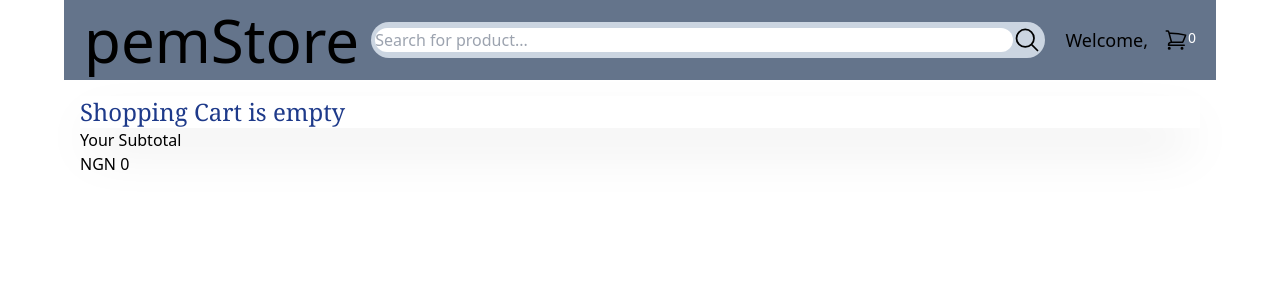
Repository: Semanmernstack/pemstore
Page: /checkout
These files come from the project's save history. The page is drawn as it stood at one moment and after the next save; the edit follows.
The browser window is 1280 px wide. The pictures show the whole page.
The page's requests for data from a server got no answer. The project was rebuilt for these pictures with package versions that can differ from the ones it lists, and the page was loaded fresh each time. The framework's server and built-in components were replaced by stand-ins that run in the browser. No one was signed in, and anything a server would have sent is missing. Also part of the build but not shown: next.config.js, components/CheckoutProduct.js.

Above is the page before, as saved 2022-11-06 04:52:22.

### pages/_app.js
import '../styles/globals.css'
import { SessionProvider } from "next-auth/react"
import { Provider } from 'react-redux'
import { store } from '../store'


function MyApp({ Component, pageProps: { session, ...pageProps }, }) {
  return (
    <SessionProvider session={session}>
      <Provider store={store}  >
        <Component {...pageProps} />
      </Provider>


    </SessionProvider>
  )
}

export default MyApp

### pages/checkout.js
import { useSession } from 'next-auth/react'
import React from 'react'
import { useSelector } from 'react-redux'
import CheckoutProduct from '../components/CheckoutProduct'
import Header from '../components/Header'
import { selectItems } from '../slices/basketSlice'

function Checkout() {
    const { data: session } = useSession()
    const items = useSelector(selectItems)
  return (
    <div  className=" mx-auto max-w-6xl "  >
        <Header />
        <div className="h-20 p-4">
        <div className="flex items-center shadow-2xl text-lg md:text-xl lg:text-2xl font-serif text-blue-900 space-x-4 ">
            <h1>{items.length === 0 ? "Shopping Cart is empty"  : "This is your pemStore Shopping Cart" }   </h1>
            <p>{session?.user.name}</p>
        </div>
        <div>
            <h1>Your Subtotal</h1>
            <span>NGN 0</span>
        </div>
        </div>

        {items.map((item, i) => (
            <CheckoutProduct
                key={i}
                id={item.id}
                title={item.title}
                price={item.price}
                description={item.description}
                category={item.category}
                image={item.image}
            />
        ))}



    </div>
  )
}

export default Checkout

### store.js
import { configureStore } from '@reduxjs/toolkit';
import  basketReducer  from "./slices/basketSlice"
// ...

export const store = configureStore({
  reducer: {
    basket: basketReducer,


  },
})

### components/Header.js
import React from 'react'
import { useSession, signIn, signOut } from "next-auth/react"
import { useRouter } from 'next/router'
import { useSelector } from 'react-redux'
import { selectItems } from '../slices/basketSlice'

function Header() {
    const { data: session } = useSession()
    const router = useRouter()
    const items = useSelector(selectItems)

    return (
      <div className="flex  items-center   h-20 md:p-2  lg:p-5 bg-slate-500  sticky top-0 z-20">
          <div onClick={() => router.push("/")} className="mr-3  text-3xl md:text-5xl lg:text-6xl">
              <h1 className="cursor-pointer">pemStore</h1>
          </div>
          <div className="flex items-center flex-grow bg-slate-300 p-1 cursor-pointer rounded-full ">
              <input className="outline-none  rounded-full flex-grow   " type="text" placeholder="Search for product..." />
              <svg className="h-7 w-7"   xmlns="http://www.w3.org/2000/svg" fill="none" viewBox="0 0 24 24" strokeWidth={1.5} stroke="currentColor" >
                  <path strokeLinecap="round" strokeLinejoin="round" d="M21 21l-5.197-5.197m0 0A7.5 7.5 0 105.196 5.196a7.5 7.5 0 0010.607 10.607z" />
              </svg>
          </div>
          <div className="flex items-center  mx-2 lg:text-2xl">
          <div  onClick={!session ? signIn : signOut} className="flex items-center cursor-pointer text-sm md:text-lg mx-3">

              <p className="mr-1"> Welcome,</p>
              <p>{session?.user.name}</p>

          </div>
          <div onClick={() => router.push("/checkout")} className="relative flex items-center ">
              <svg xmlns="http://www.w3.org/2000/svg" fill="none" viewBox="0 0 24 24" strokeWidth={1.5} stroke="currentColor" className="w-6 h-6">
                  <path strokeLinecap="round" strokeLinejoin="round" d="M2.25 3h1.386c.51 0 .955.343 1.087.835l.383 1.437M7.5 14.25a3 3 0 00-3 3h15.75m-12.75-3h11.218c1.121-2.3 2.1-4.684 2.924-7.138a60.114 60.114 0 00-16.536-1.84M7.5 14.25L5.106 5.272M6 20.25a.75.75 0 11-1.5 0 .75.75 0 011.5 0zm12.75 0a.75.75 0 11-1.5 0 .75.75 0 011.5 0z" />
              </svg>
              <p className="absolute left-6 top-0 text-sm text-white   ">{items?.length}</p>
          </div>
          </div>

      </div>
    )
  }

  export default Header

### slices/basketSlice.js
import { createSlice } from '@reduxjs/toolkit';

const initialState = {
    items: [],
};




export const basketSlice = createSlice({
    name: "basket",
    initialState,
    // The `reducers` field lets us define reducers and generate associated actions
    reducers: {
        addtoBasket: (state, action) => {
            state.items = [...state.items, action.payload]
        },
        removeFromBasket: (state, action) => {
            const index = state.items.findIndex(
                (basketItem) => basketItem.id === action.payload.id
            )
            let newBasket = [...state.items];
            if (index >= 0) {
                newBasket.splice(index, 1)
            } else {
                console.warn(
                    `you cant remove product {id: ${action.payload.id}} as its not added`
                )
            }
            state.items = newBasket;
        }




    },

});

export const { addtoBasket, removeFromBasket } = basketSlice.actions;



export const selectItems = (state) => state.basket?.items;

export default basketSlice.reducer;

Loaded but not shown: styles/globals.css (common file); tailwind.config.js (common file)

After the next save:
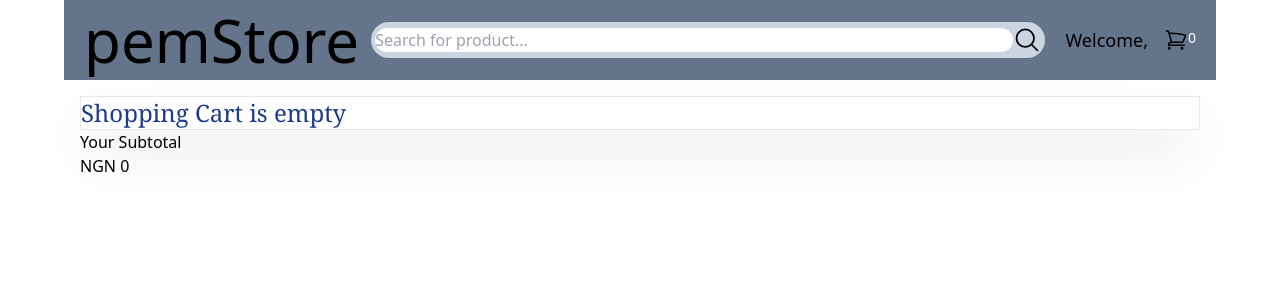
Saved 10 s later.
--- a/pages/checkout.js
+++ b/pages/checkout.js
@@ -12,7 +12,7 @@ function Checkout() {
     <div  className=" mx-auto max-w-6xl "  >
         <Header />
         <div className="h-20 p-4">
-        <div className="flex items-center shadow-2xl text-lg md:text-xl lg:text-2xl font-serif text-blue-900 space-x-4 ">
+        <div className="flex items-center shadow-2xl border text-lg md:text-xl lg:text-2xl font-serif text-blue-900 space-x-4 ">
             <h1>{items.length === 0 ? "Shopping Cart is empty"  : "This is your pemStore Shopping Cart" }   </h1>
             <p>{session?.user.name}</p>
         </div>
